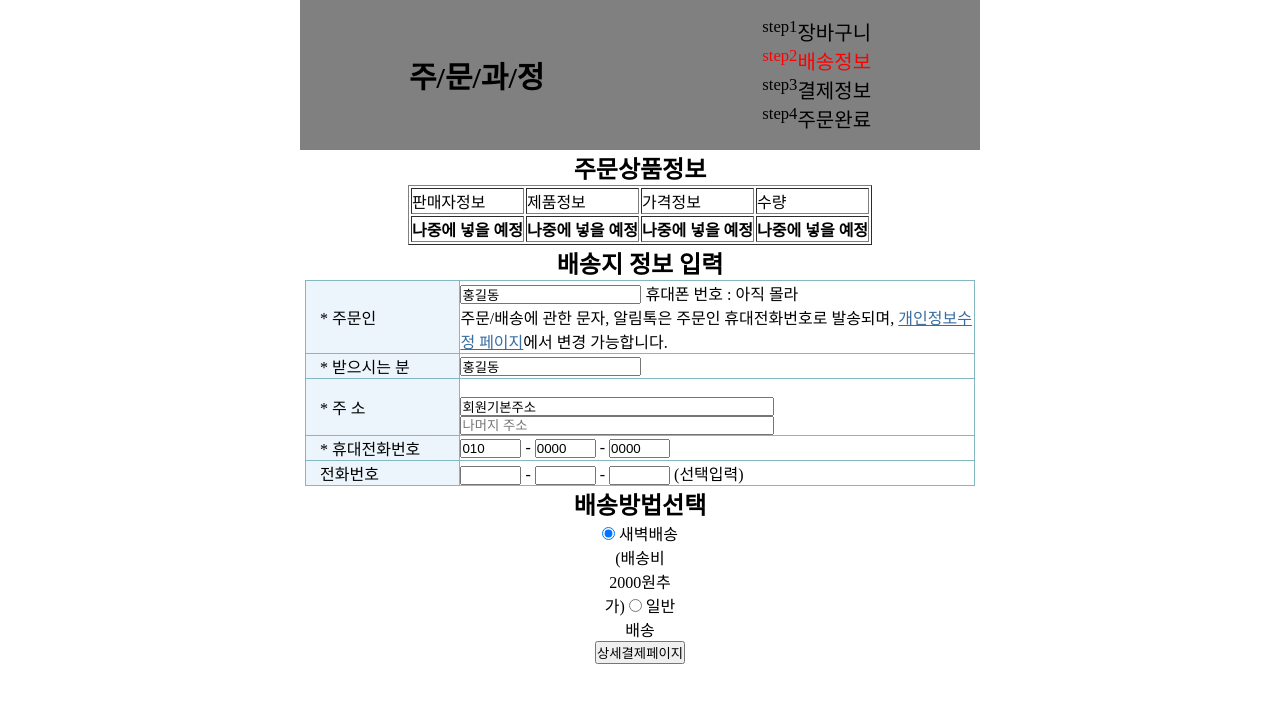
Repository: kym-1000/book
Page: http://localhost/book/WEB-INF/views/cart/ShippingInformation.jsp
The author's editor kept a copy of each file at every save. The page is drawn from the files as they stood at one save, then again after the next save.
The browser window is 1280 px wide. The pictures show the whole page.
The page is served by Tomcat 9. Nobody is signed in. Other server files are loaded and not shown. The template is opened directly, without the code that normally fills it, so the values that code supplies are empty.

Above is the page before, as saved 2023-01-02 05:25:24.

### book/book/src/main/webapp/WEB-INF/views/cart/ShippingInformation.jsp
<%@ page language="java" contentType="text/html; charset=UTF-8"
    pageEncoding="UTF-8"%>
<%@ taglib uri="http://java.sun.com/jsp/jstl/core" prefix="c" %>

<!DOCTYPE html>
<html>
<head>
<meta charset="UTF-8">
<title>Insert title here</title>
<style type="text/css">


	*{
		margin: auto;
		padding: 0;
		}


	#pagetop{
		margin-left: 300px;
		margin-right: 300px;
	    background-color: grey;
	    font-size: 20px;
		height: 150px;
		display : flex;
	  	/* justify-content : center; */
	  	align-items : center;
		}

	#productinfo{
		margin-left: 150px;
		margin-right: 150px;
		display : flex;
		align-items : center;
		}

	#DefaultAddr{
		margin-left: 150px;
		margin-right: 150px;
		display : flex;
		align-items : center;
		}

	#productprice{
		margin-left: 600px;
		margin-right: 600px;
		display : flex;
		align-items : center;
		border: 1 solid;
		text-align: center;
	}

	#btn{
		text-align: center;
		align-items : center;
		display : flex;
	}



</style>
</head>
<body>

	<div id="pagetop">
		<h2 style="text-align: left;">
			주/문/과/정
		</h2>
		<div style="text-align: right;">
		<div>
		<sup>step1</sup>장바구니
		</div>
		<div style="color: red">
		<sup>step2</sup>배송정보
		</div>
		<div>
		<sup>step3</sup>결제정보
		</div>
		<div>
		<sup>step4</sup>주문완료
		</div>
		</div>
	</div>

		<h2 style="text-align: center;">
			주문상품정보
		</h2>

	<div id="productinfo">
		<table border="1">
			<tr>
				<td>판매자정보</td>
				<td>제품정보</td>
				<td>가격정보</td>
				<td>수량</td>
			</tr>
			<tr>
				<th>나중에 넣을 예정</td>
				<th>나중에 넣을 예정</td>
				<th>나중에 넣을 예정</td>
				<th>나중에 넣을 예정</td>
			</tr>
		</table>
	</div>

	<h2 style="text-align: center;">배송지 정보 입력</h2>

	<form action="/cart/pay" method="get">

		<div id="DefaultAddr">
			<table id="Table1" cellspacing="1" cellpadding="3" width="670" bgcolor="#83b8c2" border="0" align="center">
				<tbody>
				<tr>
					<td  bgcolor="#edf5fc" style="padding-left:14px; text-align: left; width: 23%"><span class="warning">* </span>주문인</td>
					<td bgcolor="#ffffff">
						<input type="text" name="OrdererName" class="form" value="홍길동" maxlength="20">

						 휴대폰 번호 : 아직 몰라 <br>주문/배송에 관한 문자, 알림톡은 주문인 휴대전화번호로 발송되며,  <a style="color:#386da1" href="#" target="_blank">개인정보수정 페이지</a>에서 변경 가능합니다.

					</td>
				</tr>
				<tr>
					<td bgcolor="#edf5fc" style="padding-left:14px; text-align: left; width: 23%"><span class="warning">* </span>받으시는 분</td>
					<td bgcolor="#ffffff"><input class="form" type="text" maxlength="20" value="홍길동" name="ReceiverName">

					</td>
				</tr>

				<tr>
					<td bgcolor="#edf5fc" style="padding-left:14px; text-align: left; width: 23%"><span class="warning">*</span>
						주 소</td>
					<td bgcolor="#ffffff">

							<br>
							<input type="text" id="Address1" name="Address1" class="form" style="width:310px" maxlength="50" readonly="readonly" value="회원기본주소">
							<br>
							<input type="text" id="Address2" name="Address2" class="form" style="width:310px" maxlength="100" value="" placeholder="나머지 주소">

					</td>
				</tr>
				<tr>
					<td bgcolor="#edf5fc" style="padding-left:14px; text-align: left; width: 23%"><span class="warning">* </span>휴대전화번호</td>
					<td bgcolor="#ffffff">
					<input class="form" type="text" maxlength="4" size="5" name="Hp1" value="010"> -
					 <input class="form" type="text" maxlength="4" size="5" name="Hp2" value="0000"> -
					  <input class="form" type="text" maxlength="4" size="5" name="Hp3" value="0000">


					</td>
				</tr>
				<tr>
					<td bgcolor="#edf5fc" style="padding-left:14px; text-align: left; width: 23%">
						전화번호</td>
					<td bgcolor="#ffffff">
					<input class="form" type="text" maxlength="4" size="5" name="Tel1" value=""> -
					 <input class="form" type="text" maxlength="4" size="5" name="Tel2" value=""> -
					  <input class="form" type="text" maxlength="4" size="5" name="Tel3" value=""> (선택입력)</td>
				</tr>
				</tbody></table>
		</div>

		<h2 style="text-align: center;">배송방법선택</h2>

		<div id="productprice" style="text-align: center;">
			<fieldset style="border: none;">
			  <label>
			    <input type="radio" name="contact" value="dawn" checked />
			    <span>새벽배송(배송비2000원추가)</span>
			  </label>

			  <label>
			    <input type="radio" name="contact" value="normal" />
			    <span>일반배송</span>
			  </label>
			</fieldset>

		</div>

		<button type="submit" id="btn" >상세결제페이지</button>

		</form>



</body>
</html>

After the next save:
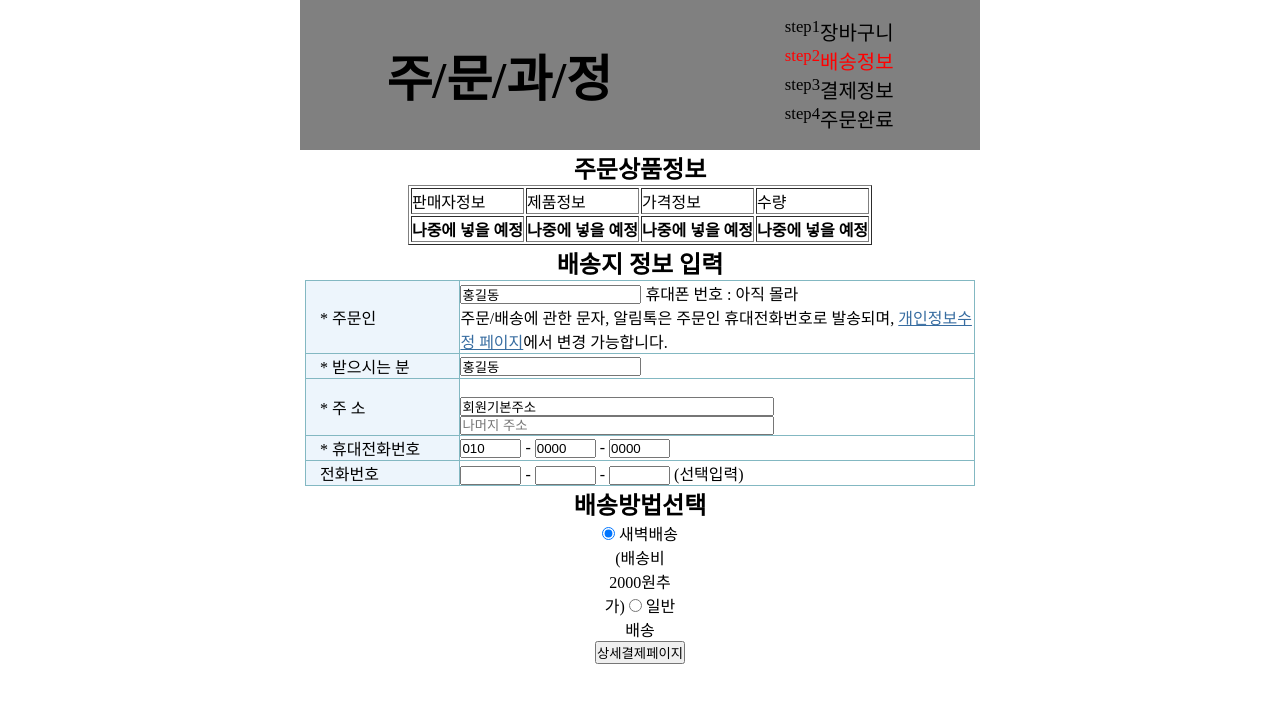
Saved 61 s later.
--- a/book/book/src/main/webapp/WEB-INF/views/cart/ShippingInformation.jsp
+++ b/book/book/src/main/webapp/WEB-INF/views/cart/ShippingInformation.jsp
@@ -63,7 +63,7 @@
 <body>
 
 	<div id="pagetop">
-		<h2 style="text-align: left;">
+		<h2 style="text-align: left; font-size: 50px">
 			주/문/과/정
 		</h2>
 		<div style="text-align: right;">
